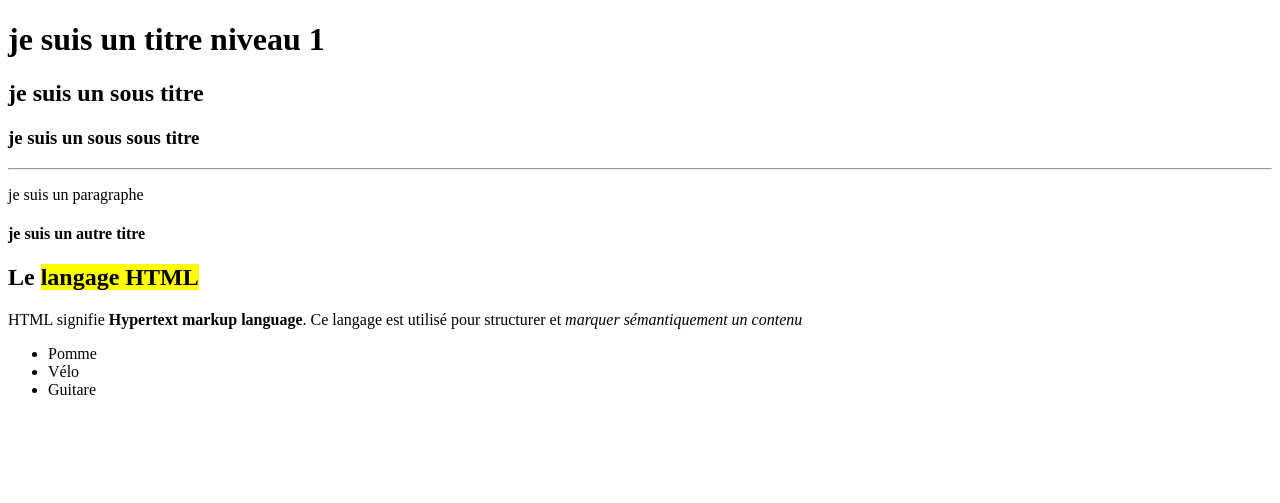
Repository: serviceshuios/Git-Aix-Web
Page: bases-html/WebContent/index.html
The author's editor kept a copy of each file at every save. The page is drawn from the files as they stood at one save, then again after the next save.
The browser window is 1280 px wide. The pictures show the whole page.

Above is the page before, as saved 2018-10-22 10:12:29.

After the next save:
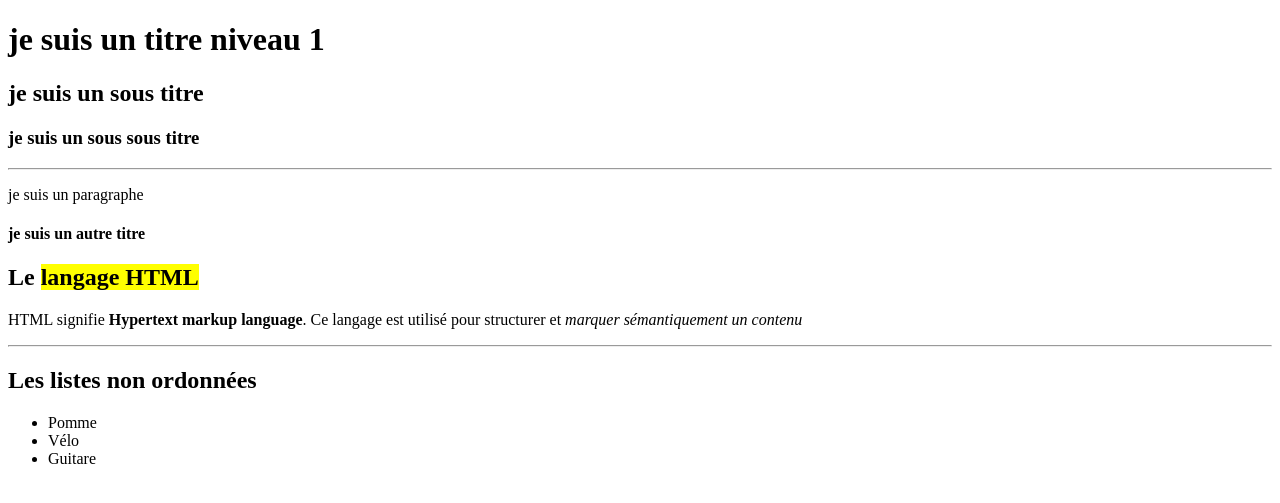
Saved 36 s later.
--- a/bases-html/WebContent/index.html
+++ b/bases-html/WebContent/index.html
@@ -20,6 +20,8 @@
 			structurer et <em>marquer sémantiquement un contenu</em>
 		</p>
 		<!-- liste non ordonnée -->
+		<hr/>
+		<h2>Les listes non ordonnées</h2>
 		<ul>
 			<li>Pomme</li>
 			<li>Vélo</li>
